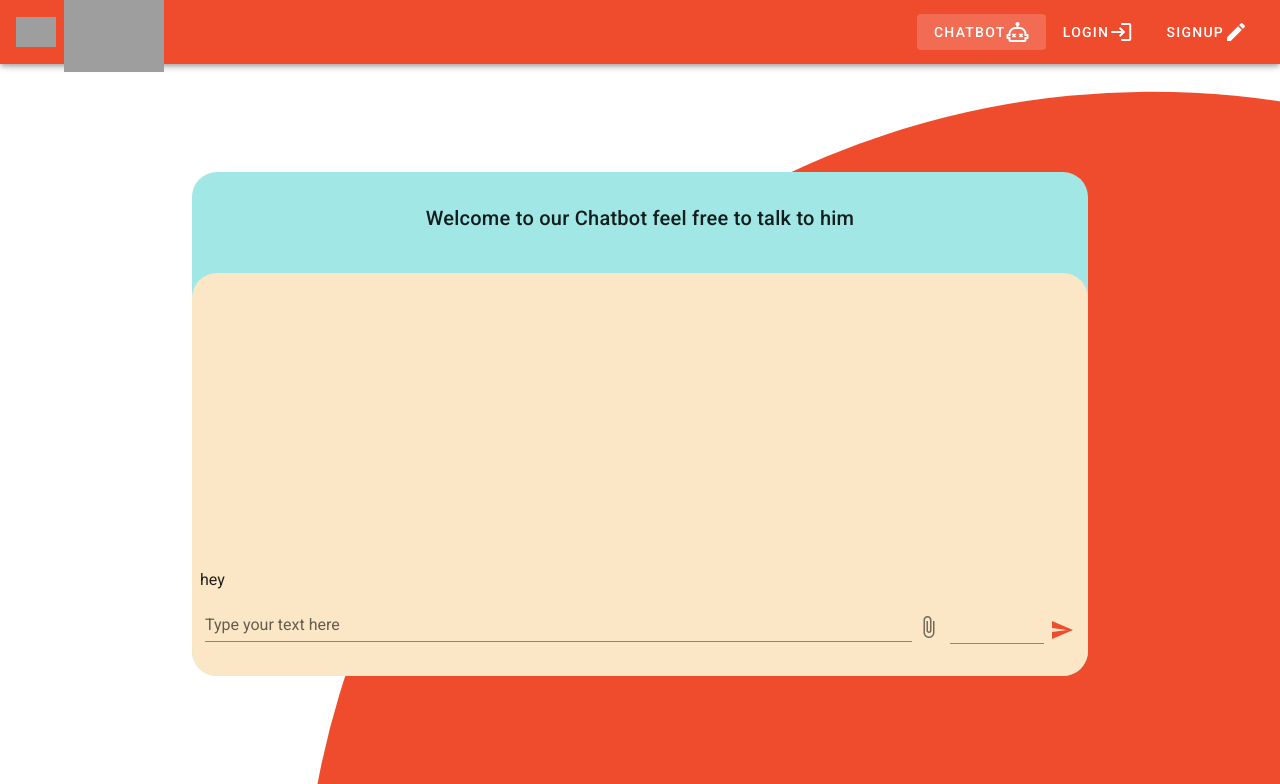
Repository: atout811/pyTorch-Hackathon
Page: /chatbot (app in frontend/)
These files come from the project's save history. The page is drawn as it stood at one moment and after the next save; the edit follows.
The browser window is 1280 px wide. The pictures show the whole page.
Pictures or frames that could not be fetched are drawn as grey boxes. The project was rebuilt for these pictures with package versions that can differ from the ones it lists, and the page was loaded fresh each time. Also part of the build but not shown: frontend/vue.config.js, frontend/src/views/Home.vue.

Above is the page before, as saved 2021-10-21 15:14:02.

### frontend/src/main.js
import Vue from 'vue'
import App from './App.vue'
import './registerServiceWorker'
import router from './router'
import store from './store'
import vuetify from './plugins/vuetify'
import instance from './plugins/axios'

Vue.config.productionTip = false
Vue.prototype.$axios = instance;

new Vue({
  router,
  store,
  vuetify,
  render: function (h) { return h(App) }
}).$mount('#app')

### frontend/src/App.vue
<template>
  <v-app>
    <v-app-bar app color="primary" dark>
      <div class="d-flex align-center">
        <v-img
          alt="Vuetify Logo"
          class="shrink mr-2"
          contain
          src="https://cdn.vuetifyjs.com/images/logos/vuetify-logo-dark.png"
          transition="scale-transition"
          width="40"
        />

        <v-img
          alt="Vuetify Name"
          class="shrink mt-1 hidden-sm-and-down"
          contain
          min-width="100"
          src="https://cdn.vuetifyjs.com/images/logos/vuetify-name-dark.png"
          width="100"
        />
      </div>

      <v-spacer></v-spacer>
      <v-btn to="/chatbot" text>
        <v-text>Chatbot</v-text>
        <v-icon>mdi-robot-dead-outline</v-icon>
      </v-btn>
      <v-btn to="/login" text>
        <v-text>Login</v-text>
        <v-icon>mdi-login</v-icon>
      </v-btn>
      <v-btn to="/signup" text>
        <v-text>Signup</v-text>
        <v-icon>mdi-pencil</v-icon>
      </v-btn>
    </v-app-bar>

    <v-main class="bubble">
      <router-view />
    </v-main>
  </v-app>
</template>

<script>
export default {
  name: "App",

  data: () => ({
    //
  }),
};
</script>
<style>
.bubble::before {
  background-color: var(--v-primary-base);
  clip-path: circle(80% at 90% 120%);
  width: 100%;
  height: 100%;
  content: "";
  position: absolute;
  box-sizing: none;
  top: 0;
  left: 0;
}
</style>

### frontend/src/router/index.js
import Vue from "vue";
import VueRouter from "vue-router";
import Home from "../views/Home.vue";

Vue.use(VueRouter);

const routes = [
  {
    path: "/",
    name: "Home",
    component: Home,
  },
  {
    path: "/about",
    name: "About",
    // route level code-splitting
    // this generates a separate chunk (about.[hash].js) for this route
    // which is lazy-loaded when the route is visited.
    component: function() {
      return import(/* webpackChunkName: "about" */ "../views/About.vue");
    },
  },
  {
    path: "/login",
    name: "Login",
    // route level code-splitting
    // this generates a separate chunk (Login.[hash].js) for this route
    // which is lazy-loaded when the route is visited.
    component: function() {
      return import(/* webpackChunkName: "Login" */ "../views/Login.vue");
    },
  },
  {
    path: "/signup",
    name: "Signup",
    // route level code-splitting
    // this generates a separate chunk (Signup.[hash].js) for this route
    // which is lazy-loaded when the route is visited.
    component: function() {
      return import(/* webpackChunkName: "Signup" */ "../views/Signup.vue");
    },
  },
  {
    path: "/chatbot",
    name: "chatbot",
    // route level code-splitting
    // this generates a separate chunk (Signup.[hash].js) for this route
    // which is lazy-loaded when the route is visited.
    component: function() {
      return import(/* webpackChunkName: "Signup" */ "../views/Chatbot.vue");
    },
  },
];

const router = new VueRouter({
  mode: "history",
  base: process.env.BASE_URL,
  routes,
});

export default router;

### frontend/src/plugins/vuetify.js
import Vue from 'vue';
import Vuetify from 'vuetify/lib/framework';

Vue.use(Vuetify);

export default new Vuetify({
    theme: {
        themes: {
            light: {
                primary: "#ee4c2c"
            }
        }, options: {
            customProperties: true
        },
    }
});

### frontend/src/plugins/axios.js
import axios from "axios";

const instance = axios.create({
    headers: {
        "Content-Type": "application/json"
    }
})

export default instance;

### frontend/src/views/Chatbot.vue
<template>
  <div class="baba">
    <div class="container">
      <h1 class="title">Welcome to our Chatbot feel free to talk to him</h1>
      <div class="chat-container">
        <div class="messages">hey</div>
        <div class="input-group">
          <v-text-field
            class="text-input"
            label="Type your text here"
          ></v-text-field>
          <v-file-input accept="image/*"></v-file-input>
          <v-btn icon color="var(--v-primary-base)">
            <v-icon>mdi-send</v-icon>
          </v-btn>
        </div>
      </div>
    </div>
  </div>
</template>

<script>
export default {
  name: "chatbot",
  data() {
    return {
      chat: [],
    };
  },
};
</script>

<style>
.baba {
  height: 100vh;
  width: 100vw;
  display: flex;
}
.container {
  height: 70vh;
  width: 70vw;
  padding: 0;
  align-self: center;
  background-color: #a0e7e5;
  border-radius: 25px;
  display: flex;
  flex-direction: column;
  justify-content: space-between;
  align-items: center;
}
.title {
  margin: 10px;
  margin-top: 30px;
}
.chat-container {
  height: 80%;
  width: 100%;
  background-color: #fbe7c6;
  border-radius: 25px;
  display: flex;
  flex-direction: column;
  justify-content: flex-end;
  padding: 8px;
}
.text-input {
  width: 70%;
  margin: 5px;
}
.input-group {
  display: flex;
  align-items: center;
}
</style>

Loaded but not shown: frontend/public/index.html (common file); frontend/src/registerServiceWorker.js (common file); frontend/src/store/index.js (common file)

After the next save:
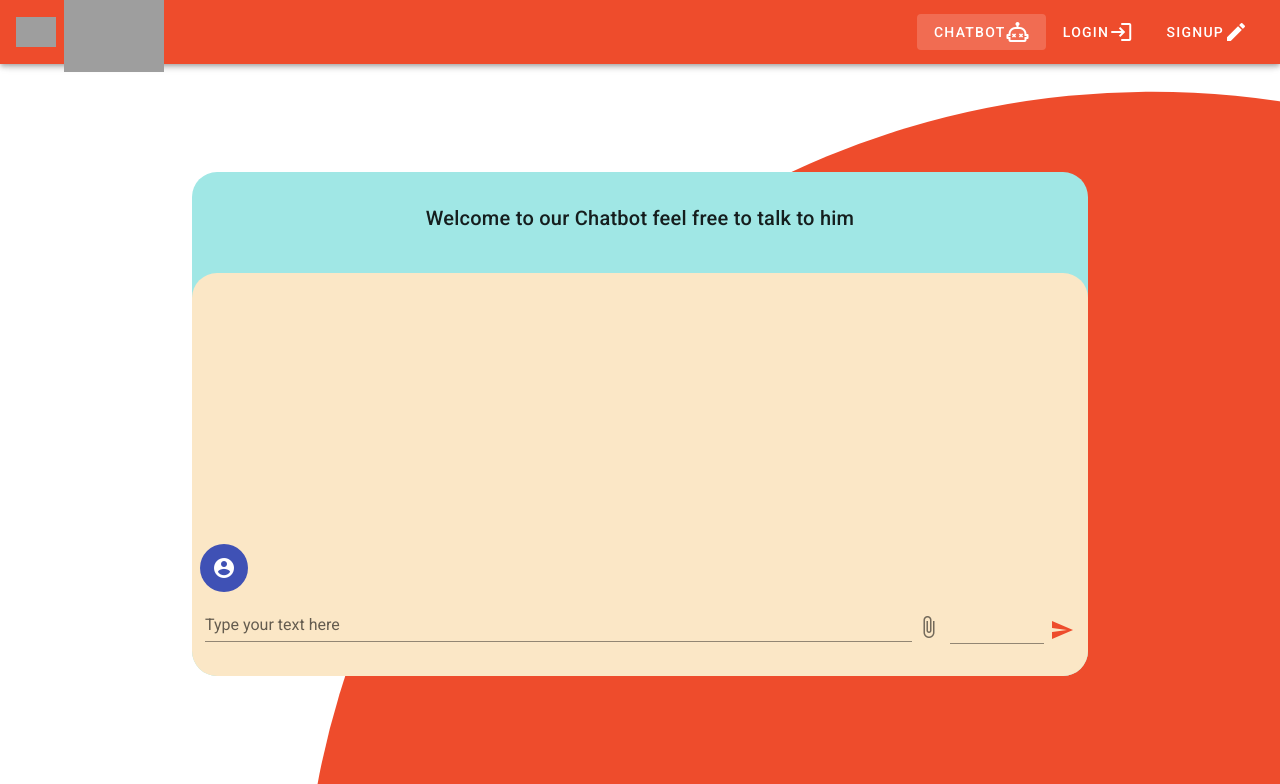
Saved 3 min 25 s later.
--- a/frontend/src/views/Chatbot.vue
+++ b/frontend/src/views/Chatbot.vue
@@ -3,7 +3,13 @@
     <div class="container">
       <h1 class="title">Welcome to our Chatbot feel free to talk to him</h1>
       <div class="chat-container">
-        <div class="messages">hey</div>
+        <div class="messages">
+          <div class="message">
+            <v-avatar color="indigo">
+              <v-icon dark> mdi-account-circle </v-icon>
+            </v-avatar>
+          </div>
+        </div>
         <div class="input-group">
           <v-text-field
             class="text-input"
